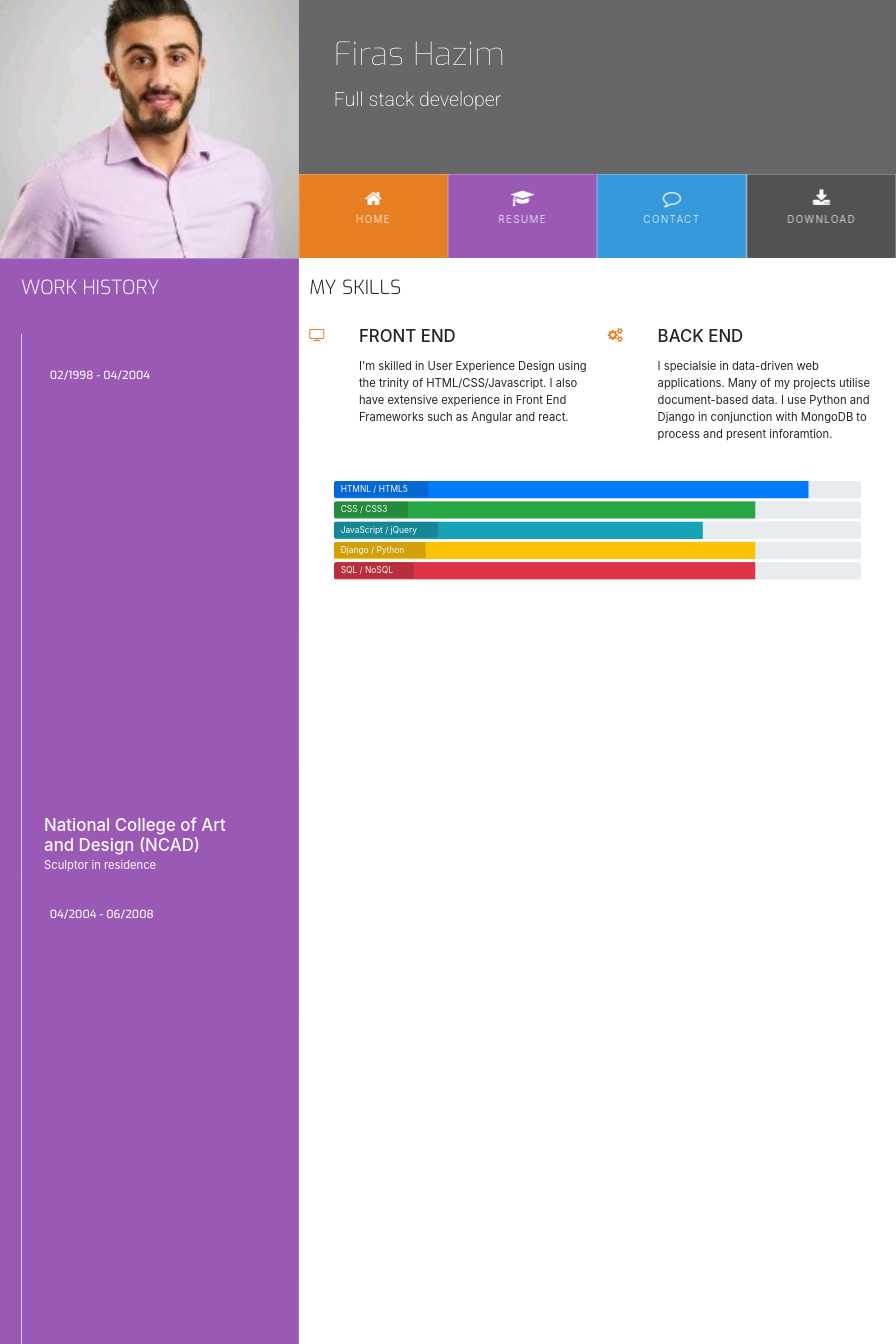
Repository: FirasH94/ResumeProject
Page: resume.html
The author's editor kept a record of every edit. The page is drawn from the files as they stood at one moment, then again after the next edit.
The browser window is 1280 px wide. The pictures show the part of the page from y = 0 to 1920 px (the page is 3717 px tall), at 70% of full size.

Above is the page before.

### resume.html
<!DOCTYPE html>
<html lang="en">
<head>
    <meta charset="UTF-8">
    <meta name="viewport" content="width=device-width, initial-scale=1.0">
    <meta http-equiv="X-UA-Compatible" content="ie=edge">
    <link rel="stylesheet" href="https://stackpath.bootstrapcdn.com/bootstrap/4.3.1/css/bootstrap.min.css" type="text/css" />
    <link rel="stylesheet" href="https://stackpath.bootstrapcdn.com/font-awesome/4.7.0/css/font-awesome.min.css" type="text/css" />
    <link rel="stylesheet" href="https://cdnjs.cloudflare.com/ajax/libs/hover.css/2.3.1/css/hover-min.css" type="text/css" />
    <link rel="stylesheet" href="assets/css/style.css" type="text/css" />
    <title>Firas</title>
</head>
<body>
    <header>
        <div class="row no-gutters">
            <a href="index.html" class="col-md-4 logo">

            </a>
            <div class="col-md-8">
                <div class="row bg-color-name-title no-gutters">
                    <div class="col heading">
                        <h1 class="name">Firas Hazim</h1>
                        <h2 class="title">Full stack developer</h2>
                    </div>
                </div>
                <div class="row no-gutters">
                    <div class="col">
                        <ul id="nav" class="list-inline menucontainer">
                            <li class="col-6 col-sm-3 ui-menu-color-home list-inline-item menuitem hvr-sweep-to-bottom">
                                <a href="#"><i class="fa fa-home" aria-hidden="true"></i><span>Home</span></a>
                            </li>
                            <li class="col-6 col-sm-3 ui-menu-color-resume list-inline-item menuitem hvr-sweep-to-bottom">
                                <a href="#"><i class="fa fa-graduation-cap" aria-hidden="true"></i><span>Resume</span></a>
                            </li>
                            <li class="col-6 col-sm-3 ui-menu-color-contact list-inline-item menuitem hvr-sweep-to-bottom">
                                <a href="#"><i class="fa fa-comment-o" aria-hidden="true"></i><span>Contact</span></a>
                            </li>
                            <li class="col-6 col-sm-3 ui-menu-color-download list-inline-item menuitem hvr-sweep-to-bottom">
                                <a href="#"><i class="fa fa-download" aria-hidden="true"></i><span>Download</span></a>
                            </li>
                        </ul>
                    </div>
                </div>
            </div>
        </div>
    </header>
<section class="container-fluid">
        <div class="row">
            <div class="col-md-4 bg-color-work-history section-column">
                <div class="row">
                    <div class="col-12">
                        <h3 class="history-heading uppercase">
                            Work history
                        </h3>
                    </div>
                </div>
                    <div class="history-items">
                        <div class="timeline-item" data-dates="02/1998 - 04/2004">
                            <h4>National College of Art and Design (NCAD)</h4>
                            <p>Sculptor in residence</p>
                            </div>
                            <div class="timeline-item" data-dates="04/2004 - 06/2008">
                                <h4>Fisher and Diaz Funeral Directors</h4>
                                <p>Junior Embalmer</p>
                            </div>
                            <div class="timeline-item" data-dates="00/2008 - 04/2011">
                                <h4>Phantom Design Inc. Dublin</h4>
                                <p>Junior Front end Developer</p>
                            </div>
                            <div class="timeline-item" data-dates="04/2011 - Present">
                                <h4>Hooli Inc. Silicon Valley</h4>
                                <p>Full Stack Web Developer</p>
                            </div>
                    </div>
            </div>

            <div class="col-md-8 bg-color-three-reasons">
                <div class="row">
                    <div class="col">
                        <h3 class="section-heading uppercase">My Skills</h3>
                    </div>
                </div>
                <div class="row">
                    <div class="col-10 offset-1 offset-sm-0 col-sm-4 col-md-6">
                        <div class="row">
                            <div class="col-2">
                                <i class="three-reasons-icon fa fa-tv" aria-hidden="true"></i>
                            </div>
                            <div class="col-10">
                                <h4 class="three-reasons-heading uppercase">Front End</h4>
                                <p>
                                    I'm skilled in User Experience Design using the trinity of HTML/CSS/Javascript.
                                    I also have extensive experience in Front End Frameworks such as Angular and react.
                                </p>
                            </div>
                        </div>
                    </div>
                    <div class="col-10 offset-1 offset-sm-0 col-sm-4 col-md-6">
                        <div class="row">
                            <div class="col-2">
                                <i class="three-reasons-icon fa fa-gears" aria-hidden="true"></i>
                            </div>
                            <div class="col-10">
                                <h4 class="three-reasons-heading uppercase">Back End</h4>
                                <p>
                                   I specialsie in data-driven web applications. Many of my projects utilise document-based data.
                                   I use Python and Django in conjunction with MongoDB to process and present inforamtion.
                                </p>
                            </div>
                        </div>
                    </div>

                </div>
                <div class="row progress-section">
                    <div class="col">
                        <div class="progress">
                            <div class="progress-bar" role="progressbar" aria-valuenow="90" aria-valuemin="0"
                            aria-valuemax="100" style="width:90%;">
                                <span class="sr-only">90% Complete</span>
                            </div>
                            <span class="progress-type">HTMNL / HTML5</span>
                        </div>
                         <div class="progress">
                            <div class="progress-bar bg-success" role="progressbar" aria-valuenow="80" aria-valuemin="0"
                            aria-valuemax="100" style="width:80%;">
                                <span class="sr-only">80% Complete</span>
                            </div>
                            <span class="progress-type">CSS / CSS3</span>
                        </div>
                        <div class="progress">
                            <div class="progress-bar bg-info" role="progressbar" aria-valuenow="70" aria-valuemin="0"
                            aria-valuemax="100" style="width:70%;">
                                <span class="sr-only">70% Complete</span>
                            </div>
                            <span class="progress-type">JavaScript / jQuery</span>
                        </div>
                        <div class="progress">
                            <div class="progress-bar bg-warning" role="progressbar" aria-valuenow="80" aria-valuemin="0"
                            aria-valuemax="100" style="width:80%;">
                                <span class="sr-only">80% Complete</span>
                            </div>
                            <span class="progress-type">Django / Python</span>
                        </div>
                        <div class="progress">
                            <div class="progress-bar bg-danger" role="progressbar" aria-valuenow="80" aria-valuemin="0"
                            aria-valuemax="100" style="width:80%;">
                                <span class="sr-only">80% Complete</span>
                            </div>
                            <span class="progress-type">SQL / NoSQL</span>
                        </div>
                    </div>
                </div>
            </div>
        </div>

    </section>
    <footer class="container-fluid">
        <div id="footer-details" class="row">
            <div class="col-sm-4">
                <h5 class="uppercase general-sub">About</h5>
                <p class="inline-block">
                    Lorem ipsum dolor sit amet, consectetur adipisicing elit.
                    Veritatis quis harum, architecto, itaque nihil id at repellat et possimus! Quas.
                </p>
            </div>
            <div class="col-sm-4">
                <h5 class="uppercase general-sub">Download</h5>
                <p class="inline-block">
                    Need a printable version of my CV? Download it here
                    <a href="#" target="_blank" class="cv-pdf">
                        <i class="fa fa-download" aria-hidden="true"></i>
                        <span class="sr-only">Download link.</span>
                    </a>
                </p>
            </div>
            <div class="col-sm-4">
                <h5 class="uppercase general-sub">Social</h5>
                <ul class="list-inline social-links">
                    <li class="list-inline-item">
                        <a target="_blank" href="#">
                            <i class="fa fa-facebook" aria-hidden="true"></i>
                            <span class="sr-only">Facebook</span>
                        </a>
                    </li>
                                        <li class="list-inline-item">
                        <a target="_blank" href="#">
                            <i class="fa fa-twitter" aria-hidden="true"></i>
                            <span class="sr-only">Twitter</span>
                        </a>
                    </li>
                    <li class="list-inline-item">
                        <a target="_blank" href="#">
                            <i class="fa fa-linkedin" aria-hidden="true"></i>
                            <span class="sr-only">LinkedIn</span>
                        </a>
                    </li>
                    <li class="list-inline-item">
                        <a target="_blank" href="#">
                            <i class="fa fa-pinterest" aria-hidden="true"></i>
                            <span class="sr-only">Pinterest</span>
                        </a>
                    </li>
                    <li class="list-inline-item">
                        <a target="_blank" href="#">
                            <i class="fa fa-instagram" aria-hidden="true"></i>
                            <span class="sr-only">Instagram</span>
                        </a>
                    </li>
                    <li class="list-inline-item">
                        <a target="_blank" href="#">
                            <i class="fa fa-youtube" aria-hidden="true"></i>
                            <span class="sr-only">Youtube</span>
                        </a>
                    </li>
                </ul>
            </div>
        </div>

    </footer>
</body>
</html>

### assets/css/style.css
@import url('https://fonts.googleapis.com/css?family=Roboto:100,200,300,400,500,600,700|Exo:100,200,300,400,500,600,700');

.bg-color-name-title{
background-color:#676767;
}

.bg-color-three-reasons {
    background-color: #fff;
}

.bg-color-personal-info {

background-color: #f4f4f4;
}

.bg-color-work-history {
background-color: #9b59b6;
}

.ui-menu-color-home {
    background-color: #e67e22;
}

.ui-menu-color-resume {
    background-color: #9b59b6;
}

.ui-menu-color-contact {
    background-color: #3498db;
}

.ui-menu-color-download {
    background-color: #525252;
}

/* --------------------------------------Special paddings/margins/text */

h1,h2,h3,h4 {
    margin: 0;
}

.uppercase {
    text-transform: uppercase;
}

.general-sub {
    font-family: "Exo" , sans-serif;
    font-weight: 300;
    color: #fafafa;
}

.inline-block {
    display: inline-block;
}

.row-table {
    display: table;
}

.section-column {
    display: table-cell;
    padding: 0 30px 30px;
    float: none;
}

.history-heading,
.section-heading {
    font-family: "Exo", sans-serif;
    font-weight: 300;
    margin-top: 25px;
    margin-bottom: 40px;
}

/* --------------------------------------Heading */

header {
    margin:0;
}

.heading {
     margin-left: 50px;
}

.logo {
background: url("../images/profile_pic.jpg");
background-position: center;
background-repeat: no-repeat;
background-size: cover;
min-height: 360px;
transition: all .5s ease-in-out;
-moz-transition: all .5s ease-in-out;
-webkit-transition: all .5s ease-in-out;
}


.name {
    font-family: "Exo", sans-serif;
    font-weight: 100;
    font-size: 46px;
    margin-top: 50px;
    color: #fff;
}

.title {
    font-family: "Roboto", sans-serif;
    font-weight: 200;
    font-size: 28px;
    margin-top: 20px;
    margin-bottom: 90px;
    color: #fff;
}

.list-inline-item:not(:last-child){
    margin: 0;
}

.menucontainer {
    font-size: 0;
}

#nav {
    margin: 0;
}

#nav li {
    font-size: 14px;
    padding: 0;
}

.menuitem {
    height: 120px;
    text-align: center;
    padding: 0;
}

.menuitem a {
    width: 100%;
    text-decoration: none;
    color: #fff;
    height: 120px;
}

.menuitem a i {
    padding-top: 22px;
    display: block;
    color: #fafafa;
    font-size: 26px;
}

.menuitem span {
    display: block;
    width: 100%;
    padding-top: 5px;
    text-align: center;
    text-transform: uppercase;
    font-size: 14px;
    font-weight: 300;
    letter-spacing: 2px;
}

/* --------------------------Hover.css */

.hvr-sweep-to-bottom:before {
    background-color: rgba(0, 0, 0, 0.2);
    height: 120px;
}

/* --------------------------------------Footer */

footer {
    background-color: #525252;
    color: #fafafa;
    min-height: 120px;
    margin: 0;
}


.cv-pdf i {
    font-size: 18px;
    color: #fafafa;
    text-align: center;
    padding-left: 5px;
    transition: all 0.35s ease-in-out;
    -moz-transition: all 0.35s ease-in-out;
    -webkit-transition: all 0.35s ease-in-out;
    -o-transition: all 0.35s ease-in-out;
}

.cv-pdf i:hover {
    color: #e84610;
}

.social-links {
    padding-bottom: 15px;
}

.social-links li a i {
    width: 32px;
    height: 32px;
    padding: 12px 0;
    border-radius: 50%;
    font-size: 13px;
    line-height: 7px;
    text-align: center;
    color: #fafafa;
    background: #8f8f8f;
    transition: all 0.35s ease-in-out;
    -moz-transition: all 0.35s ease-in-out;
    -webkit-transition: all 0.35s ease-in-out;
    -o-transition: all 0.35s ease-in-out;
}

.social-links li a i:hover {
    background:#e84610;
}

#footer-details {
    padding: 20px;
}

/* --------------------------------------Three reasons */

.three-reasons-icon {
    font-size: 20px;
    color: #e67e22;
}

.three-reasons-heading {
    margin-bottom: 15px;
}

/* --------------------------------------Personal Info */

.personal-info-item {
    margin-bottom: 20px;
    display: block;
    clear: both;
}

.personal-info-item .key,
.personal-info-item .value {
    padding-right: 8px;
    display: inline-block;
}

.personal-info-item .key p,
.personal-info-item .value p {
    margin: 0;
}

.personal-info-item .key {
    width: 30%;
    margin-right: 21px;
    padding-top: 2px;
    vertical-align: top;
}

.personal-info-item .key p {
    font-weight: 700;
}

.personal-info-item .value {
    position: relative;
    width: 60%;
}

/* --------------------------------------Skills */

.progress{
position:relative;
height: 25px;
margin-bottom: 4px;

}

.progress-type {
    position: absolute;
    left: 0;
    font-weight: 400;
    padding: 3px 30px 2px 10px;
    color: #fafafa;
    background-color: rgba(25, 25, 25, 0.2);
}

.progress-section {
    margin: 40px 20px;
}

/* --------------------------------------Work History */

.history-heading {
    color: #fafafa;
    margin-bottom: 50px;
}

.timeline-item {
    padding: 43em 2em 0em 2em;
    position: relative;
    color: #fafafa;
    border-left: 1px solid;
}

.timeline-item p {
    padding: 0;
    margin: 0;
}

.timeline-item:before {
    content: attr(data-dates);
    position: absolute;
    left: 2.5em;
    top: 3em;
    display: block;
    font-family: "Exo" , sans-serif;
    font-weight: 500;
    font-size:  0.8 em;
    padding: 0;
    margin: 0;
}

After the next edit:
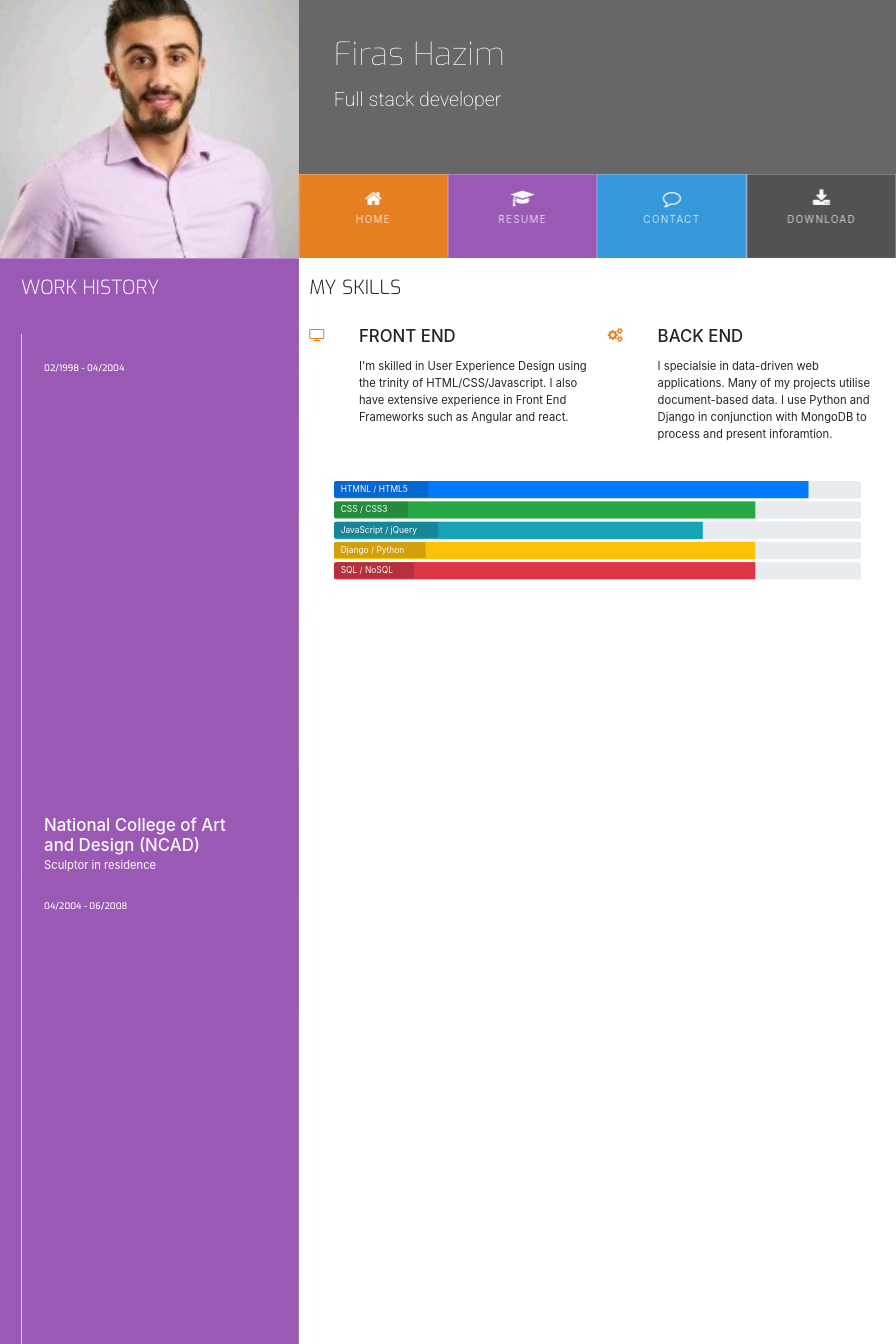
The edit:
--- a/assets/css/style.css
+++ b/assets/css/style.css
@@ -313,7 +313,7 @@
     display: block;
     font-family: "Exo" , sans-serif;
     font-weight: 500;
-    font-size:  0.8 em;
+    font-size:  0.8em;
     padding: 0;
     margin: 0;
 }
